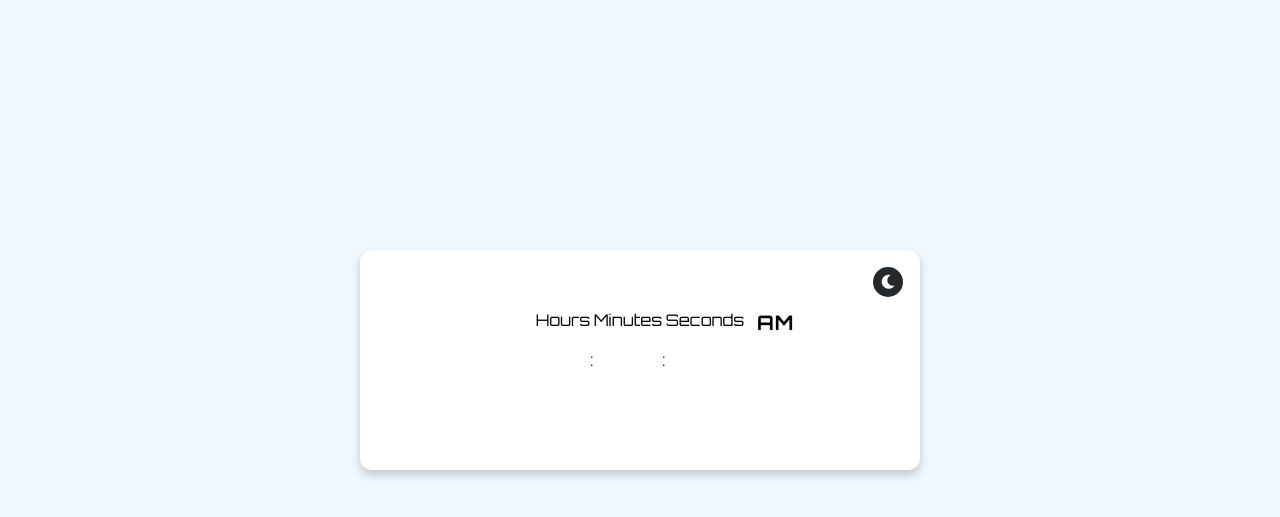
Repository: Seva2705/Clock
Page: index.html
These files come from the project's save history. The page is drawn as it stood at one moment and after a run of saves; the edit follows.
The browser window is 1280 px wide. The pictures show the whole page.

Above is the page before, as saved 2023-08-06 19:41:22.

After the next 8 saves:
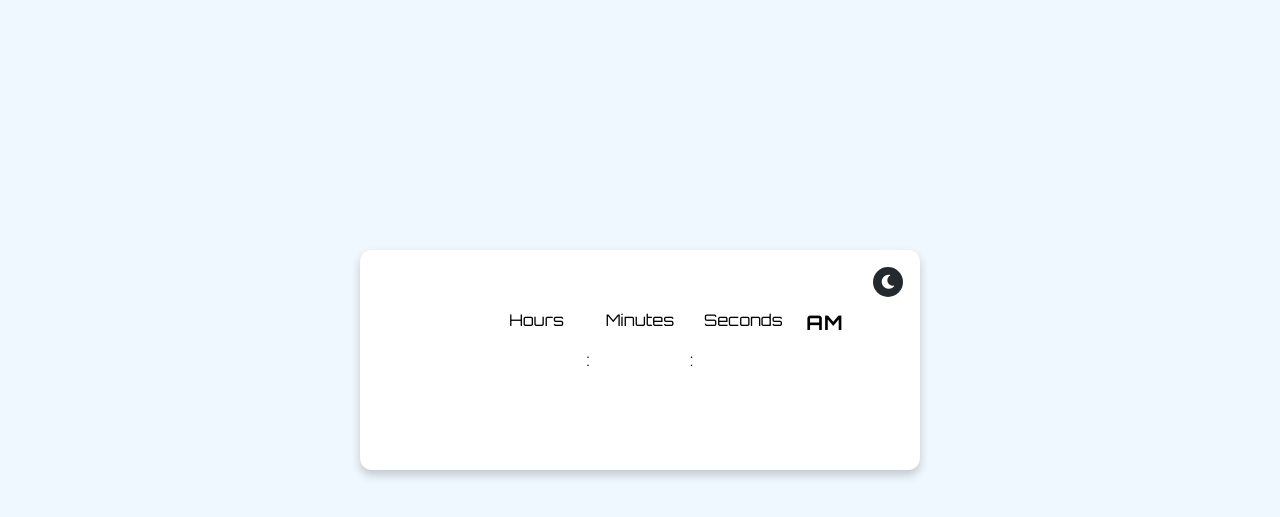
The 8 saves are shown as one change because they came seconds apart.
The last was saved 20 s later.
--- a/style.css
+++ b/style.css
@@ -97,5 +97,9 @@ section.dark .time .time-colon .am_pm {
 
 .time .time-colon .time-text {
     height: 100px;
+    width: 100px;
+    display: flex;
+    align-items: center;
+    flex-direction: column;
 
 }
